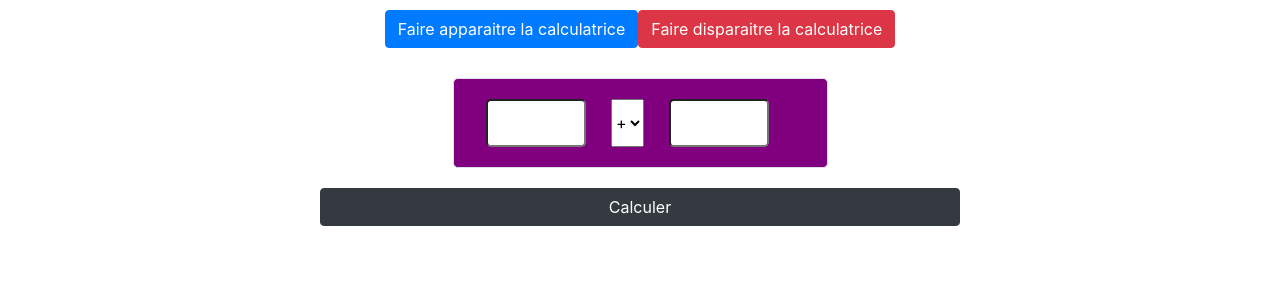
Repository: julieLyM/calculatrice
Page: calculatrice.html
These files come from the project's save history. The page is drawn as it stood at one moment and after the next save; the edit follows.
The browser window is 1280 px wide. The pictures show the whole page.

Above is the page before, as saved 2020-12-08 15:32:42.

### calculatrice.html
<!DOCTYPE html>
<html lang="fr">
  <head>
    <meta charset="UTF-8">
    <meta name="viewport" content="width=device-width, initial-scale=1.0">
		<link rel="stylesheet" href="https://cdn.jsdelivr.net/npm/bootstrap@4.5.3/dist/css/bootstrap.min.css" integrity="sha384-TX8t27EcRE3e/ihU7zmQxVncDAy5uIKz4rEkgIXeMed4M0jlfIDPvg6uqKI2xXr2" crossorigin="anonymous">

    <title>exercice calculatrice</title>
  </head>
  <body>
    <div class="container-fluid">
        <div class="row justify-content-center" style="padding: 10px; text-align:center">
          <button class="btn btn-primary" id="appear">
            Faire apparaitre la calculatrice
          </button>
          <button class="btn btn-danger" id="disapear">
            Faire disparaitre la calculatrice
          </button>
        </div>
        <div class="row justify-content-around border rounded-lg" id="blocCal"  style="padding: 20px;margin: 20px auto; text-align:center; width: 30%;background-color: purple">
          <input type="text" class="rounded-lg"  id="nombre1" style="width: 100px;">
          <select name="calcul" id="operateur">
            <option>+</option>
            <option>-</option>
            <option>*</option>
            <option>/</option>
          </select>
          <input type="text" class="rounded-lg"  id="nombre2" style="width: 100px;">
          <br>
          <br>
        </div>
        <div class="row justify-content-center" style="margin-top: 20px">
          <button type="button" class="btn btn-dark w-50" id="calculer">Calculer</button>
        </div>
        <br>
        <div class="row justify-content-center">
          <div id="message"></div>
        </div>
      </div>
    <!--APPEL JQUERY-->
		<script src="https://code.jquery.com/jquery-3.5.1.min.js" integrity="sha256-9/aliU8dGd2tb6OSsuzixeV4y/faTqgFtohetphbbj0=" crossorigin="anonymous"></script>
		<script src="https://cdn.jsdelivr.net/npm/bootstrap@4.5.3/dist/js/bootstrap.bundle.min.js" integrity="sha384-ho+j7jyWK8fNQe+A12Hb8AhRq26LrZ/JpcUGGOn+Y7RsweNrtN/tE3MoK7ZeZDyx" crossorigin="anonymous"></script>
    <!--NOTRE CODE JS-->
    <script src="calculatrice.js"></script>
  </body>
</html>

### calculatrice.js
//Etapes :
// --------
// - faire une page html
// - créer deux input type text avec deux id différent pour la saisie des valeurs
// - créer un select avec un id pour proposer les différents opérateurs. (+-*/    ** %)
// - créer un bouton avec un id pour lancer le calcul (button, span)

// Avec js :
// ---------
// - lors du click  sur le bouton (evenement) :
// - récupérer les deux saisies des champs text et l'opérateur selectionné

// - il peut être important de passer les saisies dans un parseFloat() pour les transformer en type number
// - declencher le calcul des saisies selon  l'opérateur avec un if qui va tester l'opérateur pour déclencher l'opération.
// - afficher l'opération avec le résultat.

// Pour aller plus loin :
// ----------------------
// - essayer de donner la possibilité de faire apparaitre ou disparaitre la calculatrice

$(document).ready(function () {
  $('#appear').on('click', function () {
    $('#blocCal').slideDown(1000);
  });

  // Cacher la  calculatrice :
  $('#disapear').on('click', function () {
    $('#blocCal').slideUp(1000);
  });

  $('#calculer').on('click', function () {
    var value1 = $('#nombre1').val();
    var signe = $('#operateur').val();
    var value2 = $('#nombre2').val();

    value1 = parseFloat(value1);
    value2 = parseFloat(value2);
    var resultat = '';

    if (signe == '+') {
      resultat = $('#message').html(
        '<div style="background-color: pink;color: yellow; text-align: center;font-size:26px; padding:20px">Résultat addition: ' +
          value1 +
          signe +
          value2 +
          ' = ' +
          (value1 + value2) +
          '</div>'
      );
    } else if (signe == '-') {
      resultat = resultat = $('#message').html(
        '<div style="background-color: pink;color: blue; text-align: center;font-size:26px; padding:20px">Résultat soustration: ' +
          value1 +
          signe +
          value2 +
          ' = ' +
          (value1 - value2) +
          '</div>'
      );
    } else if (signe == '*') {
      resultat = resultat = $('#message').html(
        '<div style="background-color: pink;color: purple; text-align: center;font-size:26px; padding:20px">Résultat multiplication: ' +
          value1 +
          signe +
          value2 +
          ' = ' +
          value1 * value2 +
          '</div>'
      );
    } else if (signe == '/') {
      resultat = resultat = $('#message').html(
        '<div style="background-color: pink;color: green; text-align: center;font-size:26px; padding:20px">Résultat division: ' +
          value1 +
          signe +
          value2 +
          ' = ' +
          value1 / value2 +
          '</div>'
      );
    }
  });

  $('#nombre1, #nombre2').on('mouseover', function () {
    $('#message').html(
      `<div style="background-color: pink;color: red; padding:20px">Saisir un chiffre</div>`
    );
  });

  $('#nombre1, #nombre2').on('mouseout', function () {
    $('#message').html('');
  });

  $('#operateur').on('mouseover', function () {
    $('#message').html(
      `<div style="background-color: pink;color: red; padding:20px">Saisir un opérateur + - / *</div>`
    );
  });
  $('#operateur').on('mouseout', function () {
    $('#message').html('');
  });
});

After the next save:
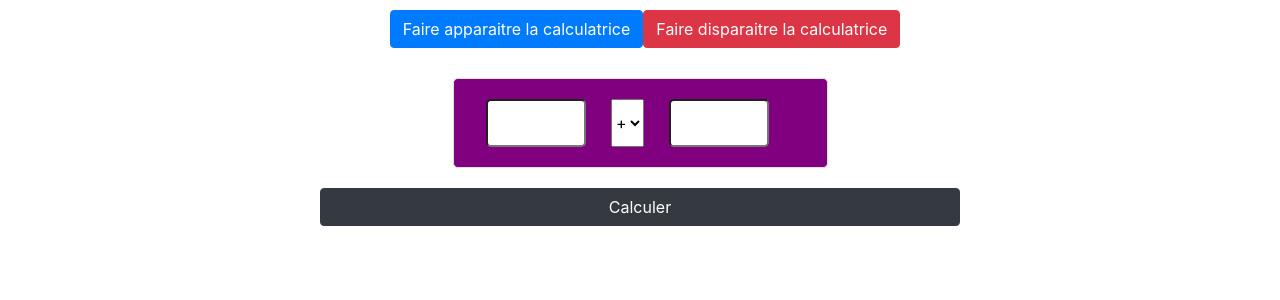
Saved 21 s later.
--- a/calculatrice.html
+++ b/calculatrice.html
@@ -10,7 +10,7 @@
   <body>
     <div class="container-fluid">
         <div class="row justify-content-center" style="padding: 10px; text-align:center">
-          <button class="btn btn-primary" id="appear">
+          <button class="btn btn-primary" id="appear" style="margin-left: 10px">
             Faire apparaitre la calculatrice
           </button>
           <button class="btn btn-danger" id="disapear">
